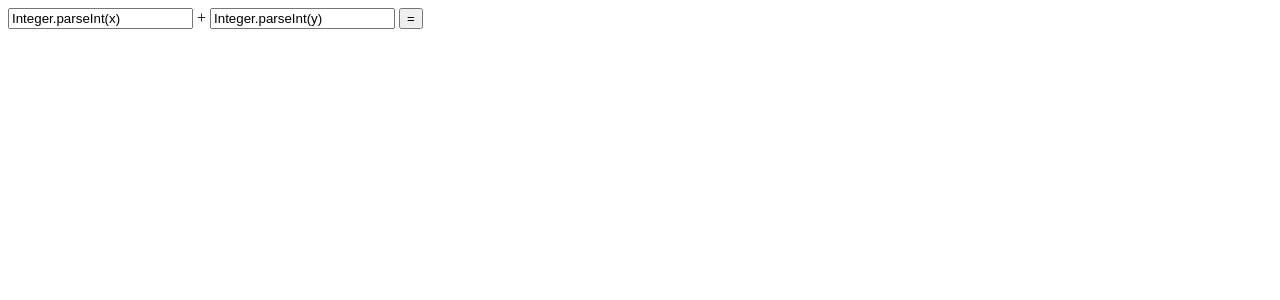
Repository: jessie9527/Java_Brad
Page: http://localhost/BradWeb/Brad08
The author's editor kept a copy of each file at every save. The page is drawn from the files as they stood at one save, then again after the next save.
The browser window is 1280 px wide. The pictures show the whole page.
The page is served by Tomcat 9. Other server files are loaded and not shown.

Above is the page before, as saved 2023-05-09 03:33:48.

### BradWeb/src/main/java/tw/brad/ok/Brad08.java
package tw.brad.ok;

import java.io.IOException;
import java.io.PrintWriter;

import javax.servlet.ServletException;
import javax.servlet.annotation.WebServlet;
import javax.servlet.http.HttpServlet;
import javax.servlet.http.HttpServletRequest;
import javax.servlet.http.HttpServletResponse;


@WebServlet("/Brad08")
public class Brad08 extends HttpServlet {

	protected void doGet(HttpServletRequest request, HttpServletResponse response) throws ServletException, IOException {

		String x = request.getParameter("x");
		String y = request.getParameter("y");
		String result = "";
		try {
			int temp = Integer.parseInt(x) + Integer.parseInt(y);
			result += temp;
		}catch(Exception e){

		}

		response.setContentType("text/html; charset=UTF-8");
		PrintWriter out = response.getWriter();
		out.append("<form>")
		.append("<input name='x' value='Integer.parseInt(x)' />\n")
		.append("+\n")
		.append("<input name='y' value='Integer.parseInt(y)' />\n")
		.append("<input type='submit' value='='>\n")
		.append(result)
		.append("</form>");

	}
}

After the next save:
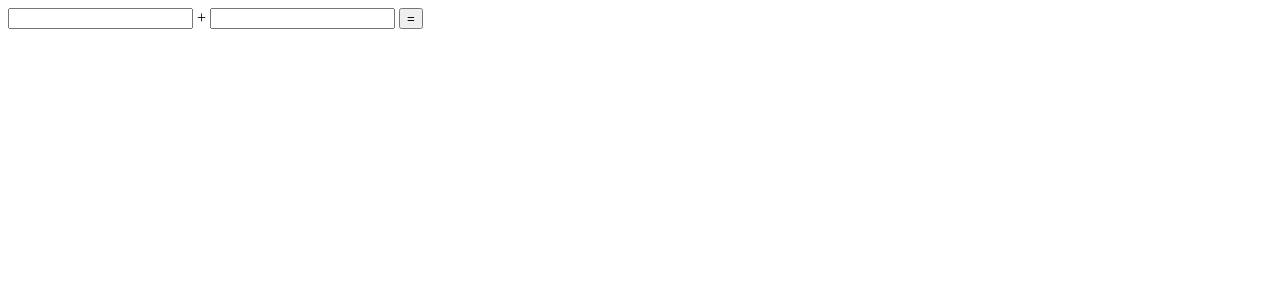
Saved 46 s later.
--- a/BradWeb/src/main/java/tw/brad/ok/Brad08.java
+++ b/BradWeb/src/main/java/tw/brad/ok/Brad08.java
@@ -28,9 +28,9 @@ public class Brad08 extends HttpServlet {
 		response.setContentType("text/html; charset=UTF-8");
 		PrintWriter out = response.getWriter();
 		out.append("<form>")
-		.append("<input name='x' value='Integer.parseInt(x)' />\n")
+		.append("<input name='x' value='' />\n")
 		.append("+\n")
-		.append("<input name='y' value='Integer.parseInt(y)' />\n")
+		.append("<input name='y' value='' />\n")
 		.append("<input type='submit' value='='>\n")
 		.append(result)
 		.append("</form>");
